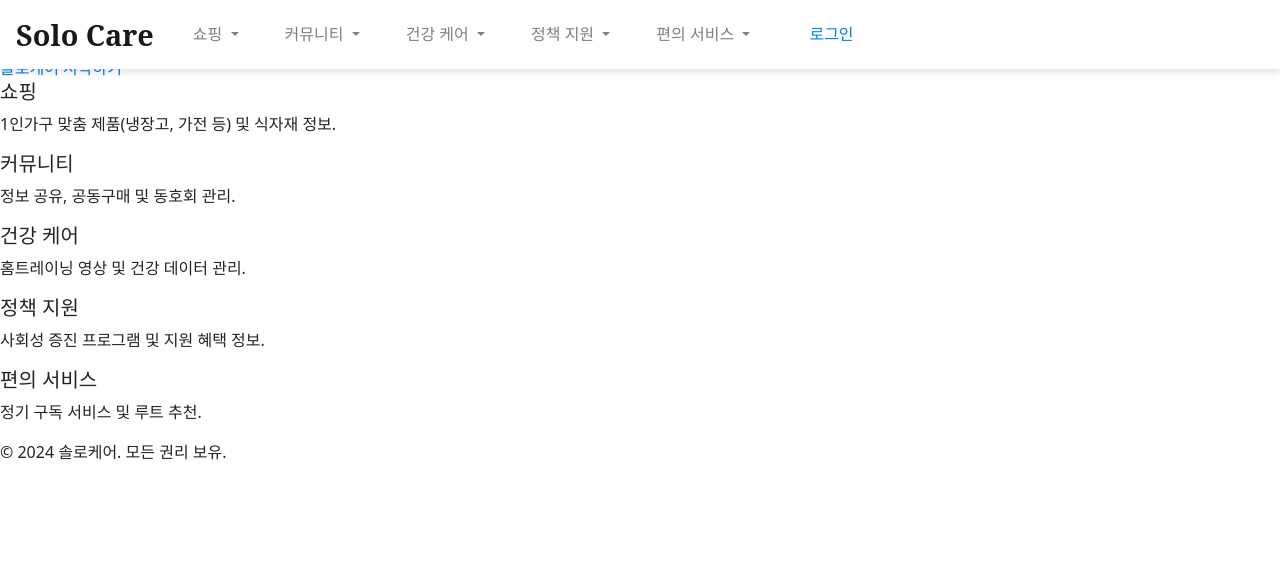
Repository: HB1112/cloud
Page: http://localhost/Solocare/WEB-INF/views/welcome.jsp
These files come from the project's save history. The page is drawn as it stood at one moment and after the next save; the edit follows.
The browser window is 1280 px wide. The pictures show the whole page.
The page is served by Tomcat 9. Nobody is signed in. The template is opened directly, without the code that normally fills it, so the values that code supplies are empty.

Above is the page before, as saved 2024-12-10 05:21:18.
Console error: TypeError: Cannot set properties of null (setting 'onclick')

After the next save:
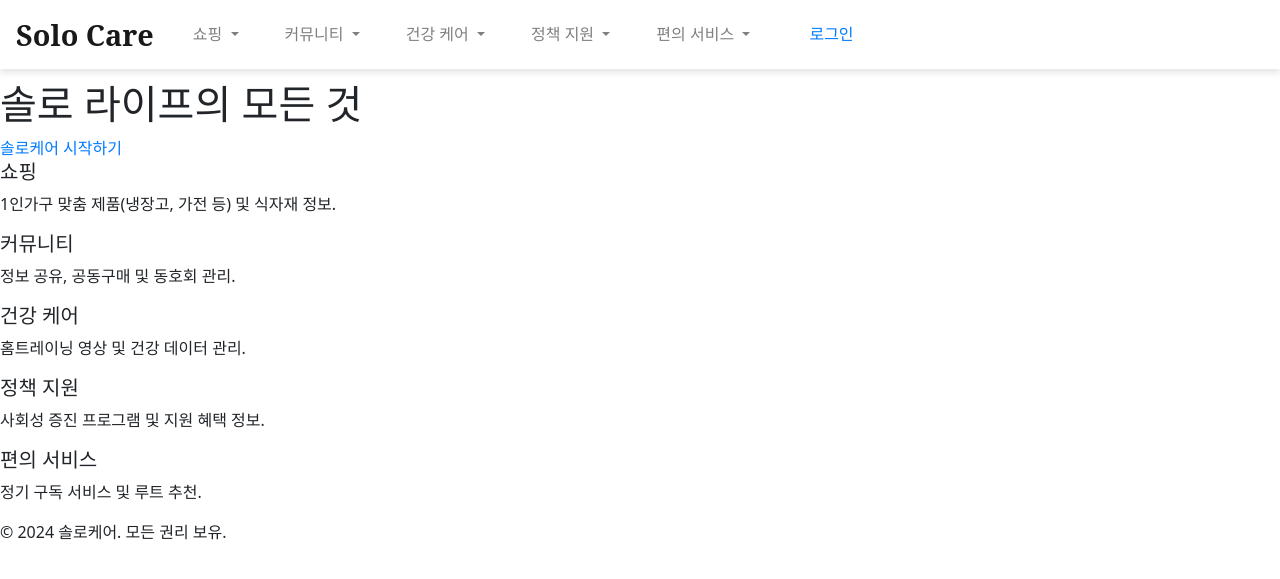
Saved 69 s later.
--- a/Solocare/src/main/webapp/WEB-INF/views/welcome.jsp
+++ b/Solocare/src/main/webapp/WEB-INF/views/welcome.jsp
@@ -16,12 +16,10 @@
     <%@ include file="menu.jsp"%>
 
     <!-- 메인 콘텐츠 -->
+<div class="main-content">
     <div>
-        <!-- <img src="./resources/images/sample.jpg" alt="배경 이미지"> --> <!-- 배경 이미지 주석 처리 -->
-        <div>
-            <h1>솔로 라이프의 모든 것</h1>
-            <a href="${pageContext.request.contextPath}/login">솔로케어 시작하기</a> <!-- 로그인 폼으로 연결 -->
-        </div>
+        <h1>솔로 라이프의 모든 것</h1>
+        <a href="${pageContext.request.contextPath}/login">솔로케어 시작하기</a> <!-- 로그인 폼으로 연결 -->
     </div>
 
     <div>
@@ -46,6 +44,7 @@
             <p>정기 구독 서비스 및 루트 추천.</p>
         </div>
     </div>
+</div>
 
     <!-- 푸터 -->
     <footer>
